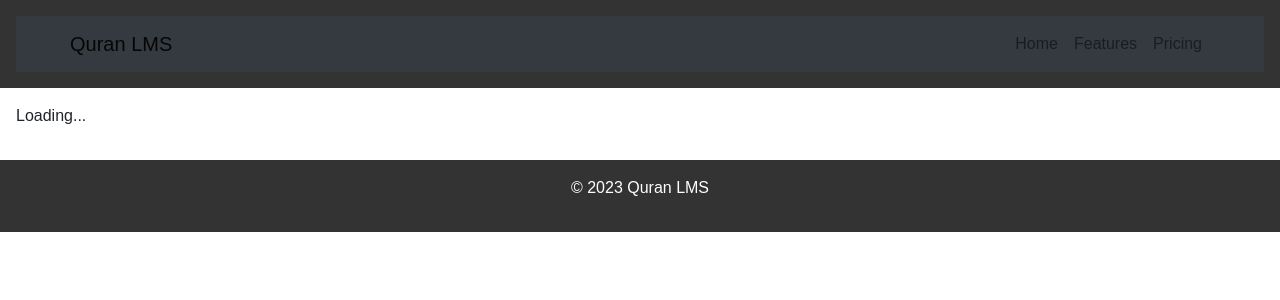
Repository: talha-mahmood/Quran-Lms-react
Page: /
The author's editor kept a copy of each file at every save. The page is drawn from the files as they stood at one save, then again after the next save.
The browser window is 1280 px wide. The pictures show the whole page.
The page's requests for data from a server got no answer. The project was rebuilt for these pictures with package versions that can differ from the ones it lists, and the page was loaded fresh each time. No one was signed in, and anything a server would have sent is missing.

Above is the page before, as saved 2023-03-08 01:03:01.

### public/index.html
<!DOCTYPE html>
<html lang="en">
  <head>
    <meta charset="utf-8" />
    <link rel="icon" href="%PUBLIC_URL%/favicon.ico" />
    <meta name="viewport" content="width=device-width, initial-scale=1" />
    <meta name="theme-color" content="#000000" />
    <meta
      name="description"
      content="Web site created using create-react-app"
    />

    <link rel="apple-touch-icon" href="%PUBLIC_URL%/logo192.png" />
    <link rel="stylesheet" href="https://cdn.jsdelivr.net/npm/bootstrap@4.4.1/dist/css/bootstrap.min.css" integrity="sha384-Vkoo8x4CGsO3+Hhxv8T/Q5PaXtkKtu6ug5TOeNV6gBiFeWPGFN9MuhOf23Q9Ifjh" crossorigin="anonymous">
    <script src="https://code.jquery.com/jquery-3.4.1.slim.min.js" integrity="sha384-J6qa4849blE2+poT4WnyKhv5vZF5SrPo0iEjwBvKU7imGFAV0wwj1yYfoRSJoZ+n" crossorigin="anonymous"></script>
   <script src="https://cdn.jsdelivr.net/npm/popper.js@1.16.0/dist/umd/popper.min.js" integrity="sha384-Q6E9RHvbIyZFJoft+2mJbHaEWldlvI9IOYy5n3zV9zzTtmI3UksdQRVvoxMfooAo" crossorigin="anonymous"></script>
   <script src="https://cdn.jsdelivr.net/npm/bootstrap@4.4.1/dist/js/bootstrap.min.js" integrity="sha384-wfSDF2E50Y2D1uUdj0O3uMBJnjuUD4Ih7YwaYd1iqfktj0Uod8GCExl3Og8ifwB6" crossorigin="anonymous"></script>
    <!--
      manifest.json provides metadata used when your web app is installed on a
      user's mobile device or desktop. See https://developers.google.com/web/fundamentals/web-app-manifest/
    -->
    <link rel="manifest" href="%PUBLIC_URL%/manifest.json" />
    <!--
      Notice the use of %PUBLIC_URL% in the tags above.
      It will be replaced with the URL of the `public` folder during the build.
      Only files inside the `public` folder can be referenced from the HTML.

      Unlike "/favicon.ico" or "favicon.ico", "%PUBLIC_URL%/favicon.ico" will
      work correctly both with client-side routing and a non-root public URL.
      Learn how to configure a non-root public URL by running `npm run build`.
    -->
    <title>React App</title>
  </head>
  <body>
    <noscript>You need to enable JavaScript to run this app.</noscript>
    <div id="root"></div>

    <!--
      This HTML file is a template.
      If you open it directly in the browser, you will see an empty page.

      You can add webfonts, meta tags, or analytics to this file.
      The build step will place the bundled scripts into the <body> tag.

      To begin the development, run `npm start` or `yarn start`.
      To create a production bundle, use `npm run build` or `yarn build`.
    -->
  </body>
</html>

### src/App.js
import './App.css';
import React,{Component} from 'react';
import Container from 'react-bootstrap/Container';
import Navbar from 'react-bootstrap/Navbar';
import Nav from 'react-bootstrap/Nav';
class QuranLMS extends Component {
  state = {
    verses: [],
    isLoading: true
  };

  async componentDidMount() {
    const response = await fetch("https://api.quran.com/api/v4/quran/verses/uthmani?chapter_number=1");
    const data = await response.json();
    this.setState({
      verses: data.verses,
      isLoading: false
    });
  }

  render() {
    const { verses, isLoading } = this.state;
    return (
      <div>


          <div>
            <header>
          <Navbar bg="dark" variant="light">
        <Container>
          <Navbar.Brand href="#home" >Quran LMS</Navbar.Brand>
          <Nav className="me-auto">
            <Nav.Link href="#home">Home</Nav.Link>
            <Nav.Link href="#features">Features</Nav.Link>
            <Nav.Link href="#pricing">Pricing</Nav.Link>
          </Nav>
        </Container>

      </Navbar>
      </header>
          </div>



        <main>
          {isLoading ? (
            <p>Loading...</p>
          ) : (
            verses.map((verse) => (
              <p key={verse.id}>{verse.text_uthmani}</p>
            ))
          )}
        </main>
        <footer>
          <p>&copy; 2023 Quran LMS</p>
        </footer>
      </div>
    );
  }
}

export default QuranLMS;

### src/App.css
body {
  font-family: Arial, sans-serif;
  margin: 0;
}

header {
  background-color: #333;
  color: #fff;
  padding: 1em;
}

header h1 {
  margin: 0;
}

main {
  padding: 1em;
}

footer {
  background-color: #333;
  color: #fff;
  padding: 1em;
  text-align: center;
}

Loaded but not shown: src/index.js (common file); src/index.css (common file); src/reportWebVitals.js (common file)

After the next save:
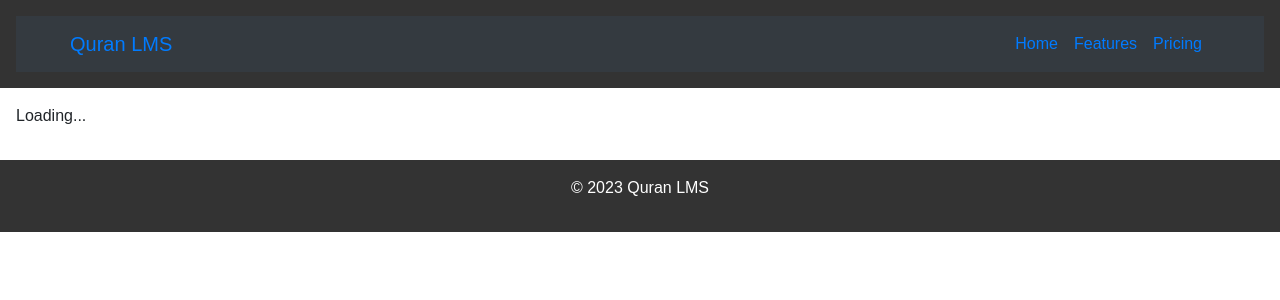
Saved 7 s later.
--- a/src/App.js
+++ b/src/App.js
@@ -26,7 +26,7 @@ class QuranLMS extends Component {
 
           <div>
             <header>
-          <Navbar bg="dark" variant="light">
+          <Navbar bg="dark" variant="Dark">
         <Container>
           <Navbar.Brand href="#home" >Quran LMS</Navbar.Brand>
           <Nav className="me-auto">
